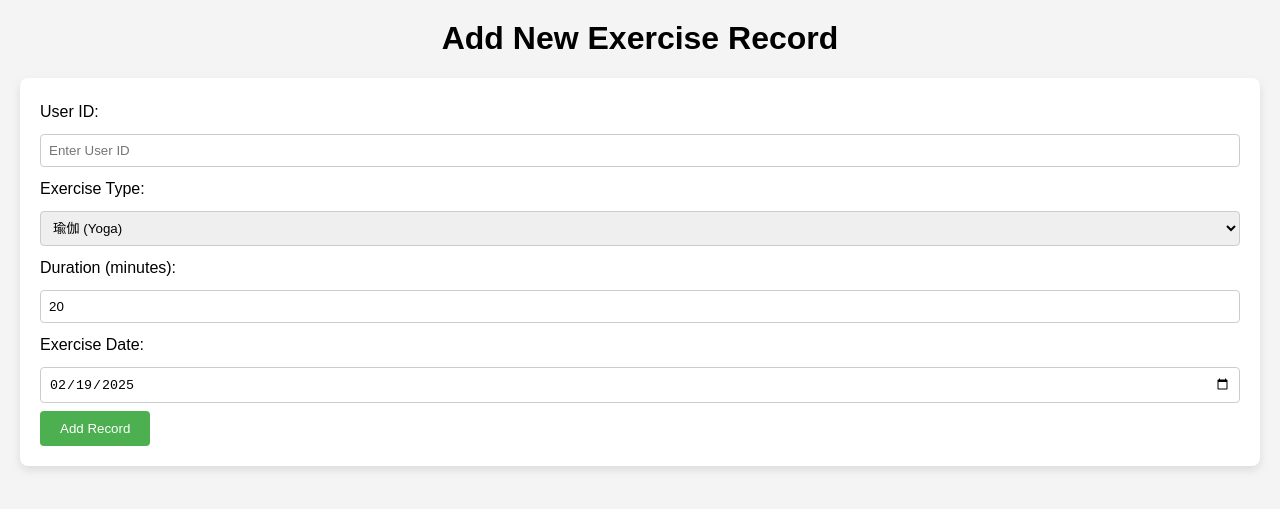
Repository: zilxhasu/eeit94-topic2
Page: http://localhost/topic2/jsp/fitness/addExerciseRecord.jsp
The author's editor kept a copy of each file at every save. The page is drawn from the files as they stood at one save, then again after the next save.
The browser window is 1280 px wide. The pictures show the whole page.
The page is served by Tomcat 10. Other server files are loaded and not shown.

Above is the page before, as saved 2025-02-23 15:16:15.

### topic2/src/main/webapp/jsp/fitness/addExerciseRecord.jsp
<%@ page language="java" contentType="text/html; charset=UTF-8" pageEncoding="UTF-8"%>
<%@ taglib prefix="c" uri="http://java.sun.com/jsp/jstl/core" %>

<!DOCTYPE html>
<html lang="en">
<head>
    <meta charset="UTF-8">
    <meta name="viewport" content="width=device-width, initial-scale=1.0">
    <title>Add Exercise Record</title>
    <style>
        /* 表單樣式 */
        body {
            font-family: Arial, sans-serif;
            background-color: #f4f4f4;
            margin: 0;
            padding: 0;
        }

        h1 {
            text-align: center;
            margin-top: 20px;
        }

        form {
            margin: 20px;
            background-color: #fff;
            padding: 20px;
            border-radius: 8px;
            box-shadow: 0 4px 8px rgba(0, 0, 0, 0.1);
        }

        label {
            display: block;
            margin: 5px 0;
        }

        input, select {
            width: 100%;
            padding: 8px;
            margin: 8px 0;
            box-sizing: border-box;
            border-radius: 4px;
            border: 1px solid #ccc;
        }

        button {
            padding: 10px 20px;
            background-color: #4CAF50;
            color: white;
            border: none;
            border-radius: 4px;
            cursor: pointer;
        }

        button:hover {
            background-color: #45a049;
        }
    </style>
</head>
<body>

    <h1>Add New Exercise Record</h1>

    <!-- 用戶輸入 User ID 並添加運動紀錄 -->
    <form action="../../api/fitness/progress" method="post">
        <input type="hidden" name="action" value="add">

        <label for="userId">User ID:</label>
        <input type="number" name="userId" required placeholder="Enter User ID">

        <label for="exerciseType">Exercise Type:</label>
        <select name="exerciseType" required>
            <option value="瑜伽" selected>瑜伽 (Yoga)</option>
            <option value="重訓">重訓 (Weight Training)</option>
            <option value="有氧">有氧 (Cardio)</option>
        </select>

        <label for="exerciseDuration">Duration (minutes):</label>
        <input type="number" name="exerciseDuration" required placeholder="Enter Duration" value="20">

        <label for="exerciseDate">Exercise Date:</label>
        <input type="date" name="exerciseDate" required id="exerciseDate">

        <button type="submit">Add Record</button>
    </form>

    <script>
        // 獲取當天日期
        const today = new Date().toISOString().split('T')[0]; // 轉換為 'YYYY-MM-DD' 格式
        document.getElementById('exerciseDate').value = today; // 設置為 input 的預設值
    </script>

</body>
</html>

After the next save:
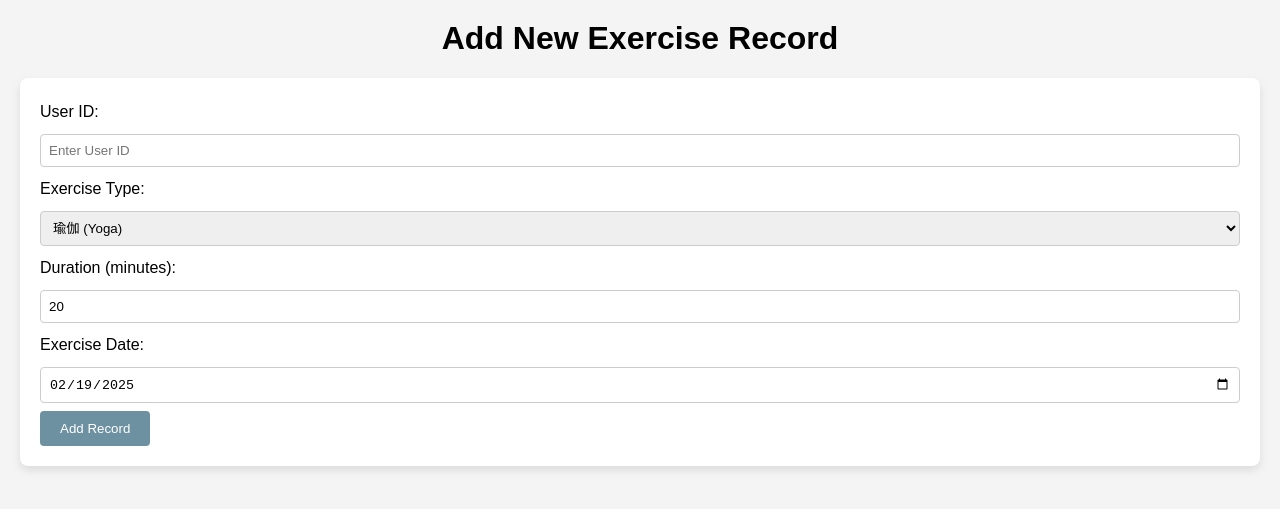
Saved 9 min 0 s later.
--- a/topic2/src/main/webapp/jsp/fitness/addExerciseRecord.jsp
+++ b/topic2/src/main/webapp/jsp/fitness/addExerciseRecord.jsp
@@ -45,7 +45,7 @@
 
         button {
             padding: 10px 20px;
-            background-color: #4CAF50;
+            background-color: #6D91A0;
             color: white;
             border: none;
             border-radius: 4px;
